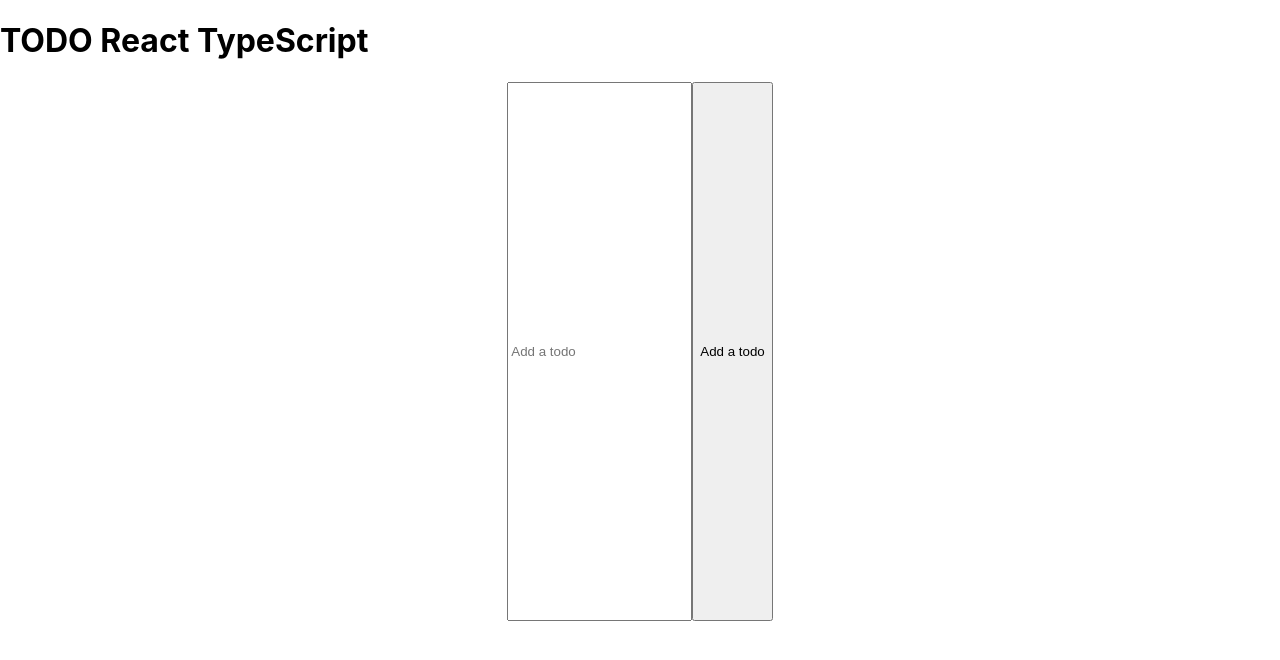
Repository: gligor99/todo-ts-react
Page: /
The author's editor kept a copy of each file at every save. The page is drawn from the files as they stood at one save, then again after the next save.
The browser window is 1280 px wide. The pictures show the whole page.
The project was rebuilt for these pictures with package versions that can differ from the ones it lists, and the page was loaded fresh each time. Also part of the build but not shown: src/components/TodoListItem.tsx.

Above is the page before, as saved 2021-11-19 21:27:07.

### src/App.tsx
import React, { useState } from "react";
import "./App.css";
import TodoForm from "./components/TodoForm";
import TodoList from "./components/TodoList";

function App() {
  const [todos, setTodos] = useState<Array<Todo>>([]);

  const addTodo: AddTodo = (newTodo) => {
    if (newTodo !== "") {
      setTodos([...todos, { text: newTodo, complete: false }]);
    }
  };

  const toggleComplete: ToggleComplete = (selectedTodo) => {
    const updatedTodos = todos.map((todo) => {
      if (todo === selectedTodo) {
        return { ...todo, complete: !todo.complete };
      }
      return todo;
    });
    setTodos(updatedTodos)
  };

  return (
    <div className="App">
      <h1>TODO React TypeScript</h1>
      <TodoForm addTodo={addTodo} />
      <TodoList todos={todos} toggleComplete={toggleComplete} />
    </div>
  );
}

export default App;

### src/App.css
.todo-form {
    display: flex;
    justify-content: center;
}
.todo-input {
    height: 40em;
}

### src/components/TodoForm.tsx
import React, { ChangeEvent, FormEvent, useState } from "react";

interface TodoFormProps {
  addTodo: AddTodo;
}

const TodoForm: React.FC<TodoFormProps> = ({ addTodo }) => {
  const [newTodo, setNewTodo] = useState<string>("");

  const handleChange = (e: ChangeEvent<HTMLInputElement>) => {
    setNewTodo(e.target.value);
  };

  const handleSubmit = (e: FormEvent<HTMLButtonElement>) => {
    e.preventDefault();
    addTodo(newTodo);
    setNewTodo("");
  };

  return (
    <form className="todo-form">
      <input
        type="text"
        value={newTodo}
        className="todo-input"
        placeholder="Add a todo"
        onChange={handleChange}
      />
      <button type="submit" className="todo-button" onClick={handleSubmit}>
        Add a todo
      </button>
    </form>
  );
};

export default TodoForm;

### src/components/TodoList.tsx
import React from "react";
import TodoListItem from "./TodoListItem";

interface TodoListProps {
  todos: Array<Todo>;
  toggleComplete: ToggleComplete;
}

const TodoList: React.FC<TodoListProps> = ({ todos, toggleComplete }) => {
  return (
    <ul>
      {todos.map((todo) => {
          return (
              <ul>
                  <TodoListItem key={todo.text} todo={todo} toggleComplete={toggleComplete}/>
              </ul>
          )
      })}
    </ul>
  );
};

export default TodoList;

Loaded but not shown: public/index.html (common file); src/index.tsx (common file); src/index.css (common file); src/reportWebVitals.ts (common file)

After the next save:
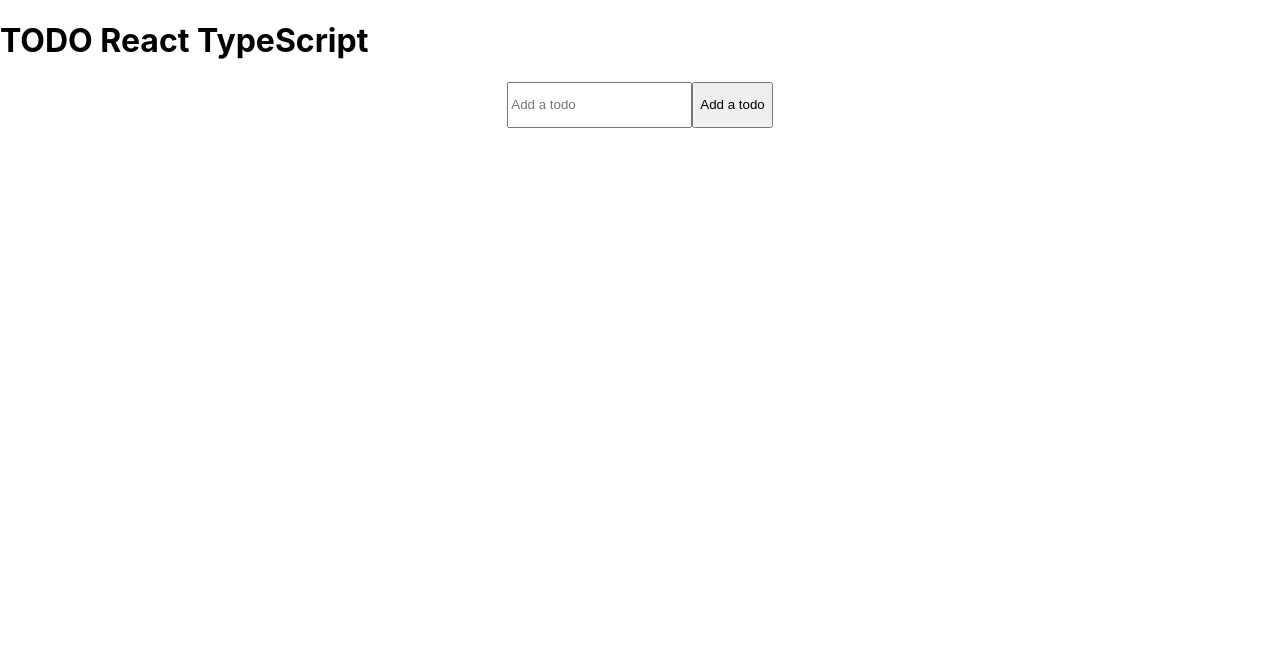
Saved 5 s later.
--- a/src/App.css
+++ b/src/App.css
@@ -3,5 +3,5 @@
     justify-content: center;
 }
 .todo-input {
-    height: 40em;
+    height: 3em;
 }
